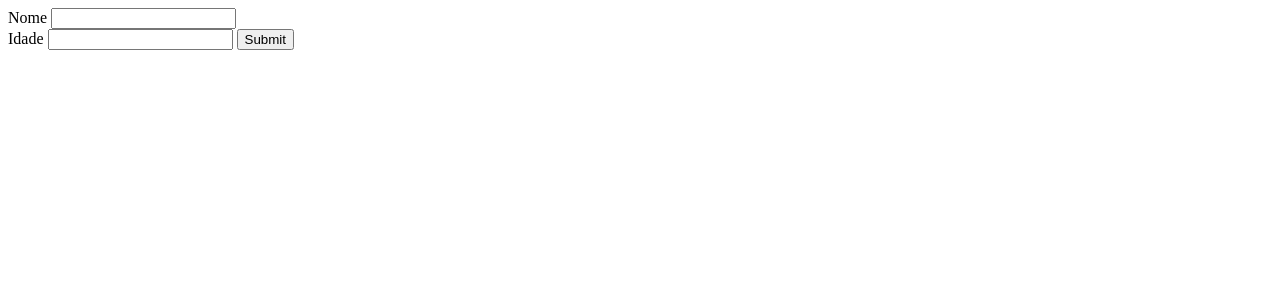
Repository: Deivisoons/spring
Page: http://localhost/Projeto_JSP/Formulario.jsp
An editor plug-in stored every save of this project. The page is shown before and after the next save, followed by the edit.
The browser window is 1280 px wide. The pictures show the whole page.
The page is served by Tomcat 9.

Above is the page before, as saved 2020-02-08 16:37:37.

After the next save:
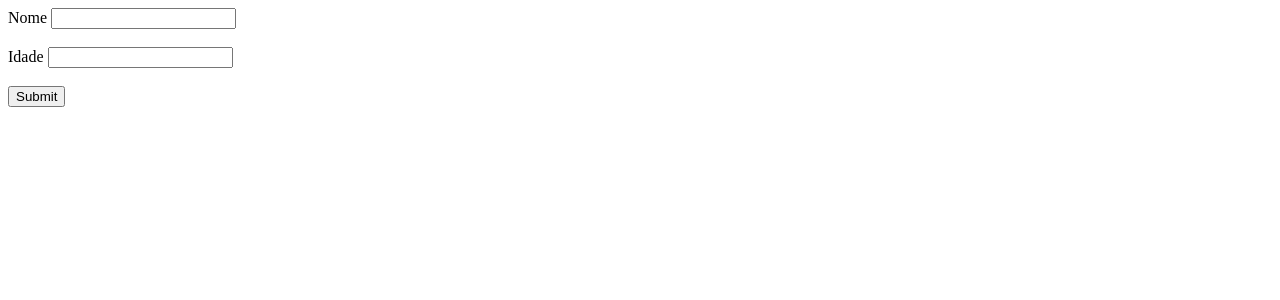
Saved 57 s later.
--- a/Projeto JSP/WebContent/Formulario.jsp
+++ b/Projeto JSP/WebContent/Formulario.jsp
@@ -11,10 +11,10 @@
 
 <label>Nome</label>
 <input type="text" name="nome">
-<br>
+<br><br>
 <label>Idade</label>
 <input type="number" name="idade">
-
+<br><br>
 <input type="submit">
 </form>
 
